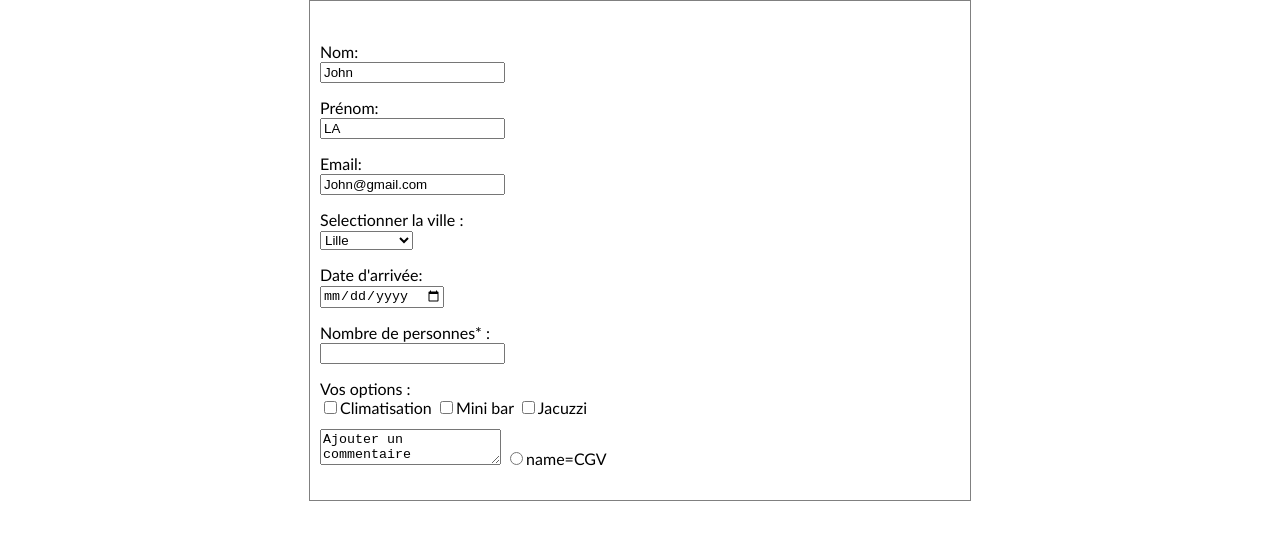
Repository: Coumba25040/coumbaProjet
Page: Env/index.html
These files come from the project's save history. The page is drawn as it stood at one moment and after the next save; the edit follows.
The browser window is 1280 px wide. The pictures show the whole page.

Above is the page before, as saved 2024-10-14 19:58:59.

After the next save:
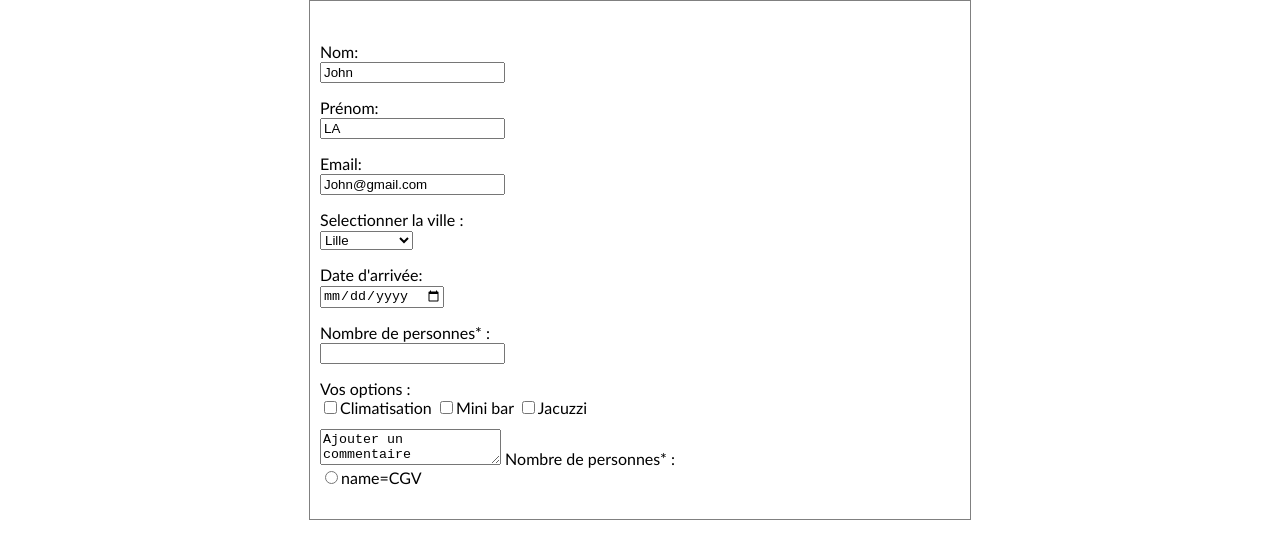
Saved 64 s later.
--- a/Env/index.html
+++ b/Env/index.html
@@ -80,6 +80,7 @@
 
         <textarea name="commentaire" rows="2" cols="20">Ajouter un commentaire</textarea>
 
+        <label for="CGV">Nombre de personnes* :<br>
         <input type="radio">name=CGV
 
 
